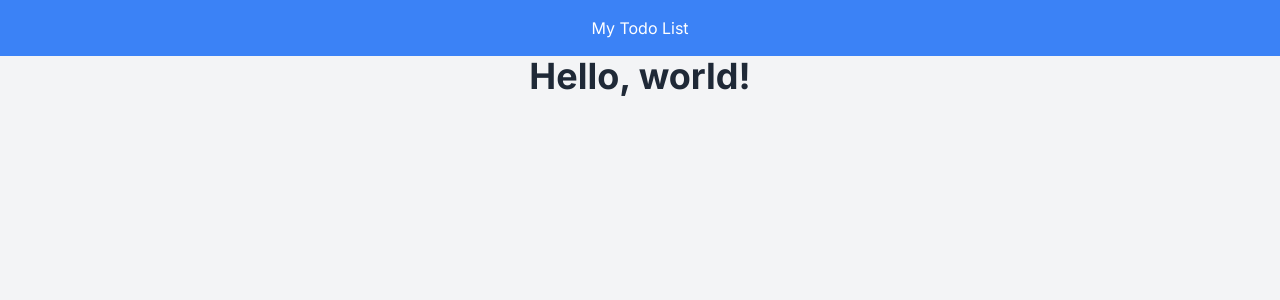
Repository: SergioAcostaTer/playas-canarias
Page: /
An editor plug-in stored every save of this project. The page is shown before and after the next save, followed by the edit.
The browser window is 1280 px wide. The pictures show the whole page.
The project was rebuilt for these pictures with package versions that can differ from the ones it lists, and the page was loaded fresh each time. The framework's server and built-in components were replaced by stand-ins that run in the browser. Also part of the build but not shown: next.config.ts.

Above is the page before, as saved 2025-01-29 10:59:10.

After the next save:
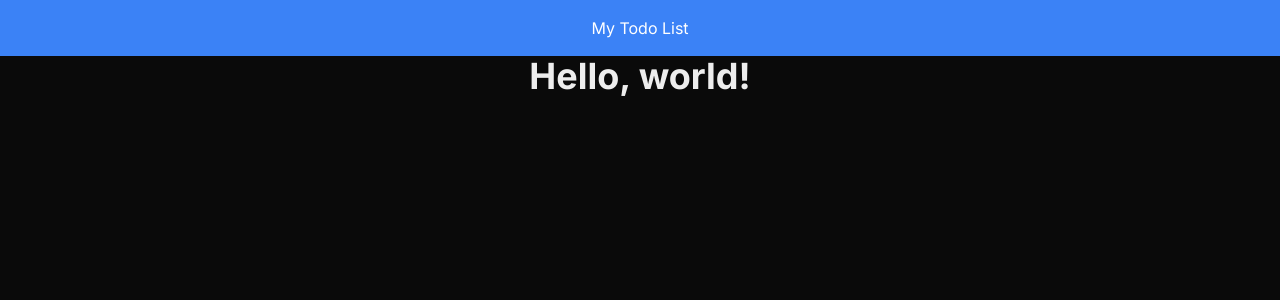
Saved 9 s later.
--- a/src/app/layout.tsx
+++ b/src/app/layout.tsx
@@ -21,7 +21,7 @@ export default function RootLayout({
   return (
     <html lang="en">
       <body
-        className={`${inter.className} bg-gray-100 text-gray-800 font-inter`}
+        className={`${inter.className} font-inter`}
       >
         {children}
       </body>
